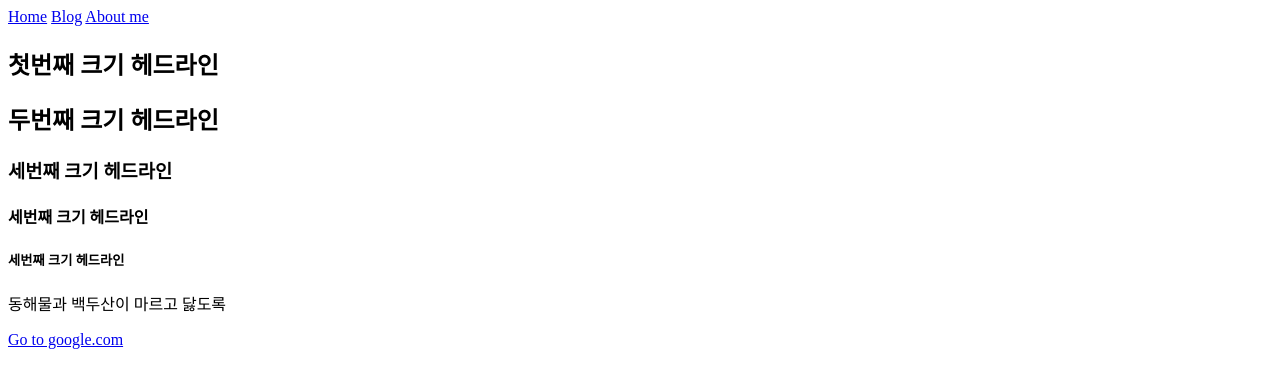
Repository: lwygold/do_it_ft
Page: index.html
The author's editor kept a copy of each file at every save. The page is drawn from the files as they stood at one save, then again after the next save.
The browser window is 1280 px wide. The pictures show the whole page.

Above is the page before, as saved 2021-08-10 17:23:30.

After the next save:
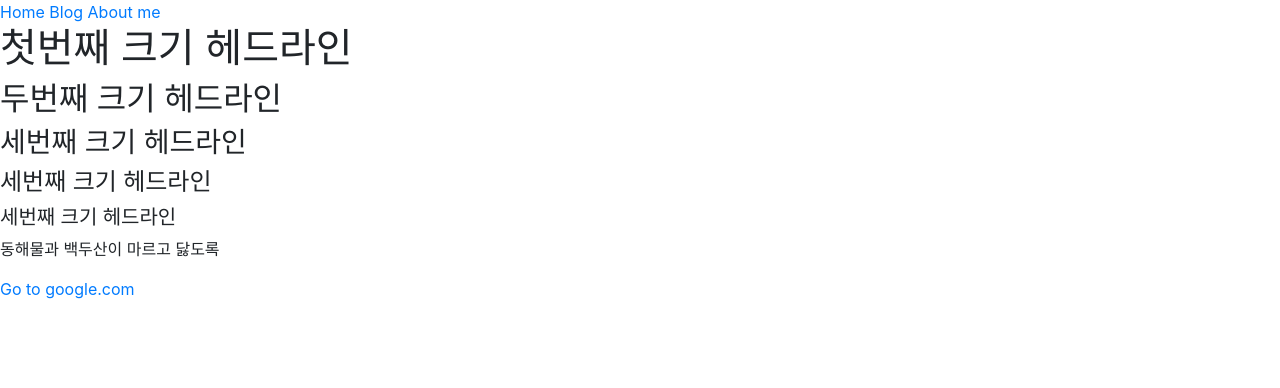
Saved 20 min 41 s later.
--- a/index.html
+++ b/index.html
@@ -5,6 +5,7 @@
     <meta http-equiv="X-UA-Compatible" content="IE=edge">
     <meta name="viewport" content="width=device-width, initial-scale=1.0">
     <title>웹사이트 입니다.</title>
+    <link rel="stylesheet" href="https://cdn.jsdelivr.net/npm/bootstrap@4.6.0/dist/css/bootstrap.min.css" integrity="sha384-B0vP5xmATw1+K9KRQjQERJvTumQW0nPEzvF6L/Z6nronJ3oUOFUFpCjEUQouq2+l" crossorigin="anonymous">
 </head>
 <body>
     <nav>
